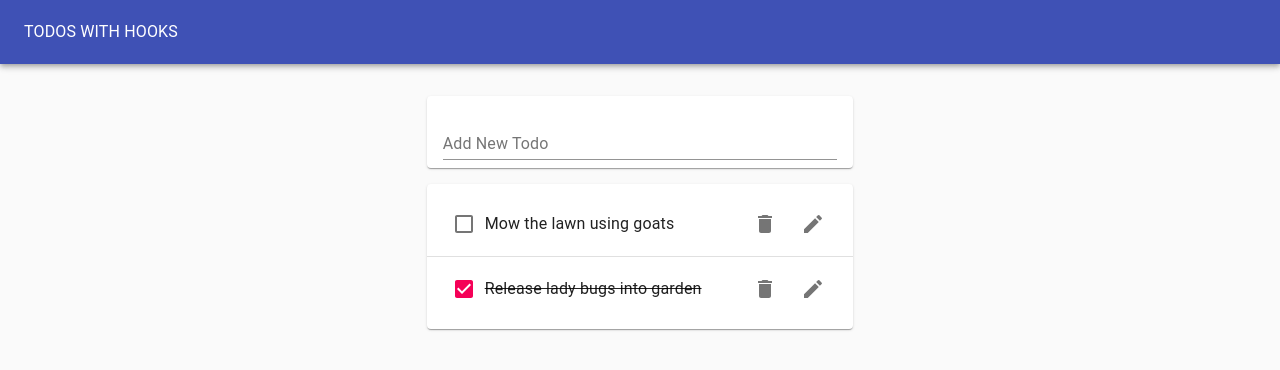
Repository: kanso-git/todos-hooks-ts
Page: /
These files come from the project's save history. The page is drawn as it stood at one moment and after the next save; the edit follows.
The browser window is 1280 px wide. The pictures show the whole page.
The project was rebuilt for these pictures with package versions that can differ from the ones it lists, and the page was loaded fresh each time. Also part of the build but not shown: src/EditTodoForm.tsx.

Above is the page before, as saved 2020-03-31 08:58:59.

### src/App.tsx
import React from "react";
import TodoApp from "./TodoApp";

const App = () => <TodoApp />;

export default App;

### src/TodoApp.tsx
import React from "react";
import TodoList from "./TodoList";
import TodoForm from "./TodoForm";
import Typography from "@material-ui/core/Typography";
import Paper from "@material-ui/core/Paper";
import AppBar from "@material-ui/core/AppBar";
import Toolbar from "@material-ui/core/Toolbar";
import Grid from "@material-ui/core/Grid";
import { TodosProvider } from "./context/todo.context";

const TodoApp = () => {
  return (
    <Paper
      style={{
        padding: 0,
        margin: 0,
        height: "100vh",
        backgroundColor: "#fafafa"
      }}
      elevation={0}
    >
      <AppBar color="primary" position="static" style={{ height: "64px" }}>
        <Toolbar>
          <Typography color="inherit">TODOS WITH HOOKS</Typography>
        </Toolbar>
      </AppBar>
      <Grid container justify="center" style={{ marginTop: "1rem" }}>
        <Grid item xs={11} md={8} lg={4}>
          <TodosProvider>
            <TodoForm />
            <TodoList />
          </TodosProvider>
        </Grid>
      </Grid>
    </Paper>
  );
};

export default TodoApp;

### src/TodoList.tsx
import React, { useContext } from "react";
import Todo from "./Todo";
import Paper from "@material-ui/core/Paper";
import List from "@material-ui/core/List";
import Divider from "@material-ui/core/Divider";
import { TodosContext } from "./context/todo.context";

const TodoList = () => {
  const todos = useContext(TodosContext);
  if (todos.notes && todos.notes.length)
    return (
      <Paper>
        <List>
          {todos.notes.map((todo, i) => (
            // To add a key to a fragment, we have to use the long-hand version
            // rather than <> </>, we have to use <React.Fragment>
            <React.Fragment key={i}>
              <Todo {...todo} key={todo.id} />
              {todos.notes && i < todos.notes.length - 1 && <Divider />}
            </React.Fragment>
          ))}
        </List>
      </Paper>
    );
  return null;
};

export default TodoList;

### src/TodoForm.tsx
import React, { useContext } from "react";
import TextField from "@material-ui/core/TextField";
import Paper from "@material-ui/core/Paper";
import useTextInputState from "./hooks/useInputState";
import { DispatchContext } from "./context/todo.context";
import { EActionType } from "./actions/IAction";

const TodoForm = () => {
  console.log("render Form");
  const [value, handleChange, reset] = useTextInputState("");
  const dispatch = useContext(DispatchContext);
  return (
    <Paper style={{ margin: "1rem 0", padding: "0 1rem" }}>
      <form
        onSubmit={e => {
          e.preventDefault();
          dispatch({ type: EActionType.ADD, payload: { task: value } });
          reset();
        }}
      >
        <TextField
          value={value}
          onChange={(e: React.ChangeEvent<HTMLInputElement>) => handleChange(e)}
          margin="normal"
          label="Add New Todo"
          fullWidth
        />
      </form>
    </Paper>
  );
};

export default TodoForm;

### src/context/todo.context.tsx
import React, { createContext, Dispatch } from "react";
import { IState, state0 } from "../actions/IState";
import IAction from "../actions/IAction";
import todoReducer from "../reducers/todo.reducer";
import { useLocalStorageReducer } from "../hooks/useLocalStorageReducer";

const defaultTodos: IState = {
  notes: [
    { id: "1", task: "Mow the lawn using goats", completed: false },
    { id: "2", task: "Release lady bugs into garden", completed: true }
  ]
};
export const TodosContext = createContext<Partial<IState>>({});
export const DispatchContext = createContext({} as Dispatch<IAction>);

export function TodosProvider(props: any) {
  const [todos, dispatch] = useLocalStorageReducer(
    "todos",
    defaultTodos,
    todoReducer
  );
  return (
    <TodosContext.Provider value={todos}>
      <DispatchContext.Provider value={dispatch}>
        {props.children}
      </DispatchContext.Provider>
    </TodosContext.Provider>
  );
}

### src/Todo.tsx
import React, { useContext } from "react";
import useToggleState from "./hooks/useToggle";
import EditTodoForm from "./EditTodoForm";
import ListItem from "@material-ui/core/ListItem";
import ListItemText from "@material-ui/core/ListItemText";
import Checkbox from "@material-ui/core/Checkbox";
import IconButton from "@material-ui/core/IconButton";
import DeleteIcon from "@material-ui/icons/Delete";
import EditIcon from "@material-ui/icons/Edit";
import ListItemSecondaryAction from "@material-ui/core/ListItemSecondaryAction";
import { DispatchContext } from "./context/todo.context";
import { INote } from "./actions/IState";
import { EActionType } from "./actions/IAction";

const Todo = ({ id, task, completed }: INote) => {
  console.log("render todo", task);
  const dispatch = useContext(DispatchContext);
  const [isEditing, toggle] = useToggleState(false);
  return (
    <ListItem style={{ height: "64px" }}>
      {isEditing ? (
        <EditTodoForm id={id} task={task} toggleEditForm={toggle} />
      ) : (
        <>
          <Checkbox
            tabIndex={-1}
            checked={completed}
            onClick={() =>
              dispatch({ type: EActionType.TOGGLE, payload: { id } })
            }
          />
          <ListItemText
            style={{ textDecoration: completed ? "line-through" : "none" }}
          >
            {task}
          </ListItemText>
          <ListItemSecondaryAction>
            <IconButton
              aria-label="Delete"
              onClick={() =>
                dispatch({ type: EActionType.REMOVE, payload: { id } })
              }
            >
              <DeleteIcon />
            </IconButton>
            <IconButton aria-label="Edit" onClick={toggle}>
              <EditIcon />
            </IconButton>
          </ListItemSecondaryAction>
        </>
      )}
    </ListItem>
  );
};

export default Todo;

### src/actions/IAction.ts
export enum EActionType {
  ADD = "ADD",
  REMOVE = "REMOVE",
  EDIT = "EDIT",
  TOGGLE = "TOGGLE"
}
export default interface IAction {
  type: EActionType;
  payload: any;
}

### src/reducers/todo.reducer.ts
import { uuid } from "uuidv4";
import { IState } from "../actions/IState";
import IAction from "../actions/IAction";
const reducer = ({ notes }: IState, action: IAction) => {
  switch (action.type) {
    case "ADD":
      return {
        notes: [
          ...notes,
          { id: uuid(), task: action.payload.task, completed: false }
        ]
      };
    case "REMOVE":
      return { notes: notes.filter(todo => todo.id !== action.payload.id) };
    case "TOGGLE":
      return {
        notes: notes.map(todo =>
          todo.id === action.payload.id
            ? { ...todo, completed: !todo.completed }
            : todo
        )
      };
    case "EDIT":
      return {
        notes: notes.map(todo =>
          todo.id === action.payload.id
            ? { ...todo, task: action.payload.newTask }
            : todo
        )
      };
    default:
      return {
        notes
      };
  }
};
export default reducer;

### src/hooks/useLocalStorageReducer.ts
import { useReducer, useEffect, Dispatch } from "react";
import { IState } from "../actions/IState";
import IAction from "../actions/IAction";
function useLocalStorageReducer(
  key: string,
  defaultVal: IState,
  reducer: any
): [IState, Dispatch<IAction>] {
  const [state, dispatch] = useReducer(reducer, defaultVal, () => {
    let value: IState;
    try {
      value = JSON.parse(
        window.localStorage.getItem(key) || String(defaultVal)
      );
    } catch (e) {
      value = defaultVal;
    }

    return value;
  });
  useEffect(() => {
    console.log(JSON.stringify(state, undefined, 4));
    window.localStorage.setItem(key, JSON.stringify(state));
  }, [state]);

  return [state as IState, dispatch];
}
export { useLocalStorageReducer };

### src/hooks/useToggle.ts
import { useState } from "react";

const useToggle = (initialState: boolean = false): [boolean, () => void] => {
  const [state, setstate] = useState<boolean>(initialState);
  const toggle = (): void => setstate(!state);
  return [state, toggle];
};

export default useToggle;

Loaded but not shown: public/index.html (common file); src/index.tsx (common file); src/index.css (common file); src/serviceWorker.ts (common file); src/hooks/useInputState.js (common file)

After the next save:
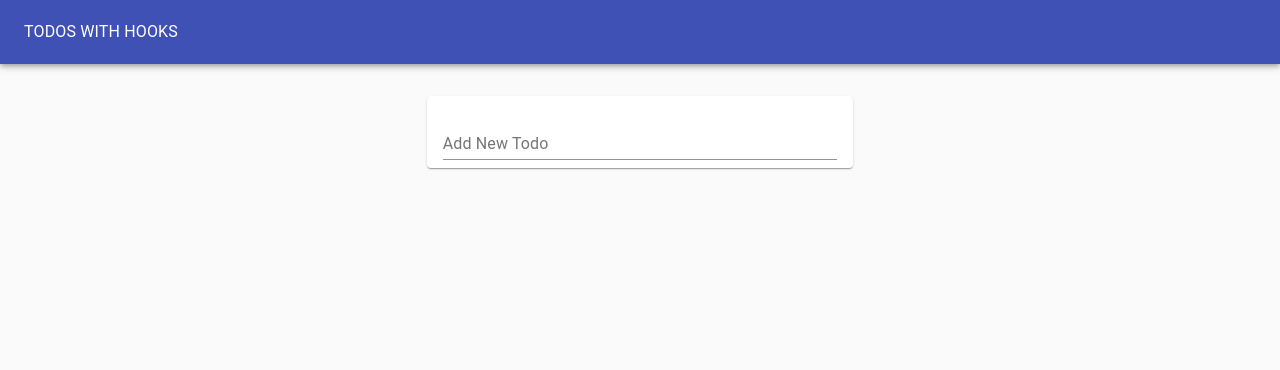
Saved 54 s later.
--- a/src/context/todo.context.tsx
+++ b/src/context/todo.context.tsx
@@ -1,16 +1,14 @@
 import React, { createContext, Dispatch } from "react";
-import { IState, state0 } from "../actions/IState";
+import { IState } from "../actions/IState";
 import IAction from "../actions/IAction";
 import todoReducer from "../reducers/todo.reducer";
 import { useLocalStorageReducer } from "../hooks/useLocalStorageReducer";
 
-const defaultTodos: IState = {
-  notes: [
-    { id: "1", task: "Mow the lawn using goats", completed: false },
-    { id: "2", task: "Release lady bugs into garden", completed: true }
-  ]
-};
-export const TodosContext = createContext<Partial<IState>>({});
+const defaultTodos: IState = [
+  { id: "1", task: "Mow the lawn using goats", completed: false },
+  { id: "2", task: "Release lady bugs into garden", completed: true }
+];
+export const TodosContext = createContext<Partial<IState>>([]);
 export const DispatchContext = createContext({} as Dispatch<IAction>);
 
 export function TodosProvider(props: any) {

After the 3 saves that followed:
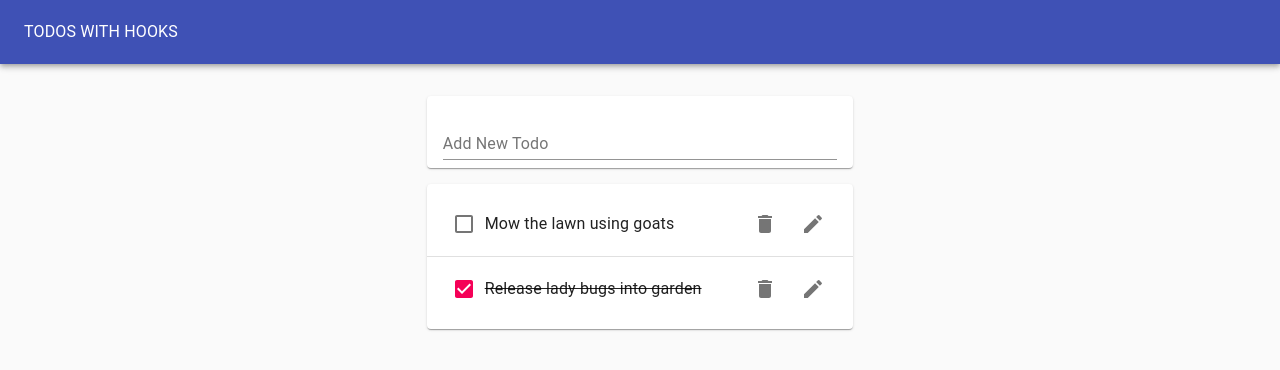
The 3 saves are shown as one change because 2 left the picture as it was.
The last was saved 4 min 54 s later.
--- a/src/TodoList.tsx
+++ b/src/TodoList.tsx
@@ -6,17 +6,17 @@ import Divider from "@material-ui/core/Divider";
 import { TodosContext } from "./context/todo.context";
 
 const TodoList = () => {
-  const todos = useContext(TodosContext);
-  if (todos.notes && todos.notes.length)
+  const notes = useContext(TodosContext);
+  if (notes)
     return (
       <Paper>
         <List>
-          {todos.notes.map((todo, i) => (
+          {notes.map((todo, i) => (
             // To add a key to a fragment, we have to use the long-hand version
             // rather than <> </>, we have to use <React.Fragment>
             <React.Fragment key={i}>
               <Todo {...todo} key={todo.id} />
-              {todos.notes && i < todos.notes.length - 1 && <Divider />}
+              {i < notes.length - 1 && <Divider />}
             </React.Fragment>
           ))}
         </List>
--- a/src/reducers/todo.reducer.ts
+++ b/src/reducers/todo.reducer.ts
@@ -1,37 +1,32 @@
 import { uuid } from "uuidv4";
 import { IState } from "../actions/IState";
 import IAction from "../actions/IAction";
-const reducer = ({ notes }: IState, action: IAction) => {
+const reducer = (notes: IState, action: IAction) => {
   switch (action.type) {
     case "ADD":
-      return {
-        notes: [
-          ...notes,
-          { id: uuid(), task: action.payload.task, completed: false }
-        ]
-      };
+      return [
+        ...notes,
+        { id: uuid(), task: action.payload.task, completed: false }
+      ];
+
     case "REMOVE":
-      return { notes: notes.filter(todo => todo.id !== action.payload.id) };
+      return notes.filter(todo => todo.id !== action.payload.id);
     case "TOGGLE":
-      return {
-        notes: notes.map(todo =>
-          todo.id === action.payload.id
-            ? { ...todo, completed: !todo.completed }
-            : todo
-        )
-      };
+      return notes.map(todo =>
+        todo.id === action.payload.id
+          ? { ...todo, completed: !todo.completed }
+          : todo
+      );
+
     case "EDIT":
-      return {
-        notes: notes.map(todo =>
-          todo.id === action.payload.id
-            ? { ...todo, task: action.payload.newTask }
-            : todo
-        )
-      };
+      return notes.map(todo =>
+        todo.id === action.payload.id
+          ? { ...todo, task: action.payload.newTask }
+          : todo
+      );
+
     default:
-      return {
-        notes
-      };
+      return notes;
   }
 };
 export default reducer;
